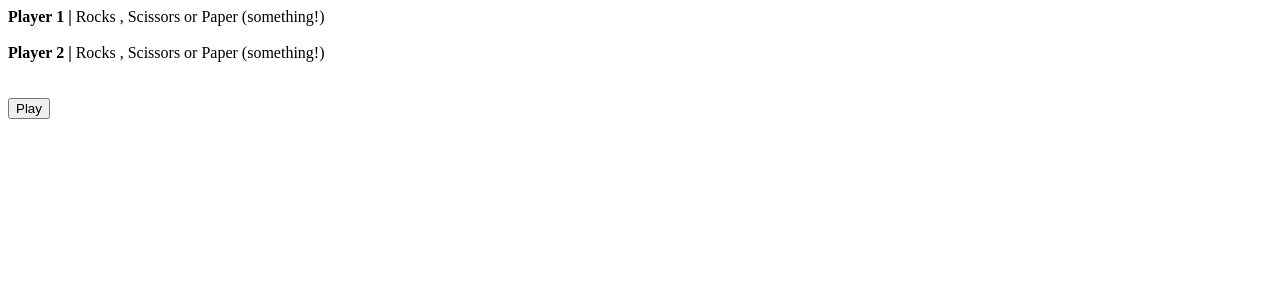
Repository: zinminkhantoo/assignment01
Page: http://localhost/Mheiktila TU IT Club/001/Problem5.php
The author's editor kept a copy of each file at every save. The page is drawn from the files as they stood at one save, then again after the next save.
The browser window is 1280 px wide. The pictures show the whole page.
The page is run by PHP 8.4 with error messages shown; the project is at /var/www/html/.

Above is the page before, as saved 2020-04-15 18:00:05.

After the next save:
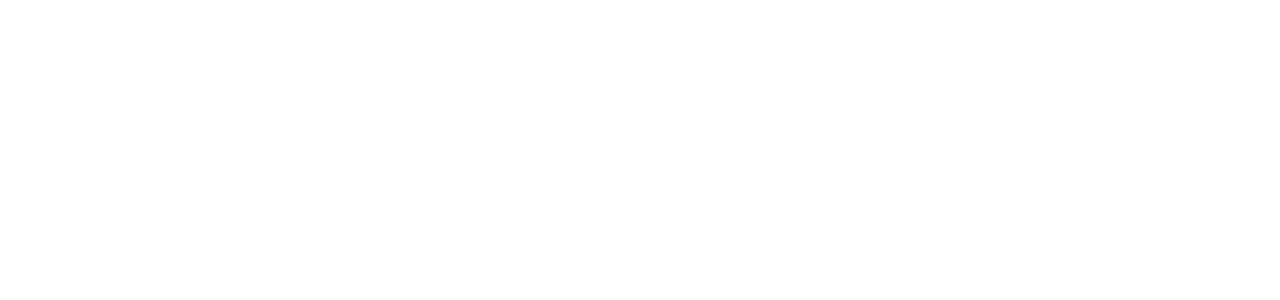
Saved 47 s later.
--- a/Test/Mheiktila TU IT Club/001/Problem5.php
+++ b/Test/Mheiktila TU IT Club/001/Problem5.php
@@ -47,8 +47,9 @@
        else echo "Both player1 & player2 are equal.Play again.";
    }
 
-?>
-<html>
+   function Display(){
+       ?>
+       <html>
 	<head>
 		<title>Problem 5</title>
 	</head>
@@ -80,7 +81,10 @@
 			</br></br></br>
 			<input type="submit" name="submit" value="Play">
 		</form>
-		</br></br></br>
 
 	</body>
 </html>
+       <?php
+   }
+
+?>

After the save that followed:
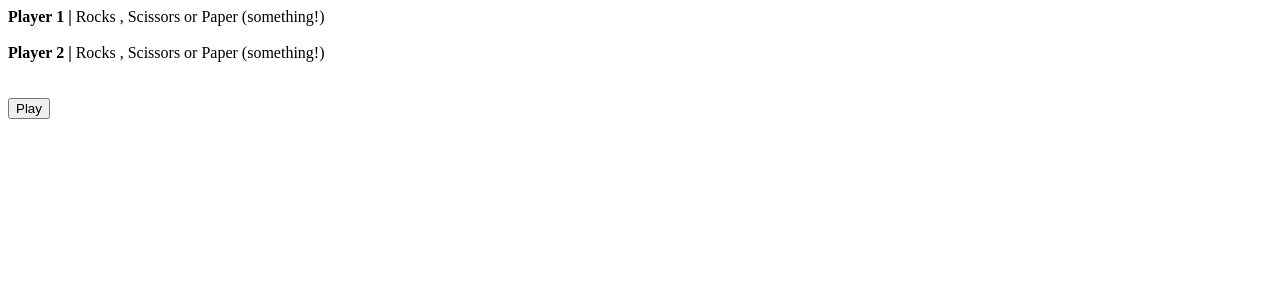
Saved 44 s later.
--- a/Test/Mheiktila TU IT Club/001/Problem5.php
+++ b/Test/Mheiktila TU IT Club/001/Problem5.php
@@ -1,7 +1,10 @@
 <?php
 $P1win=0;
 $P2win=0;
-   if (isset($_POST['submit'])) {
+if (!isset($_POST['submit'])) {
+    Display();
+}
+   elseif (isset($_POST['submit'])) {
        global $P1win;
        global $P2win;
        $player1 = rand(1,3);
